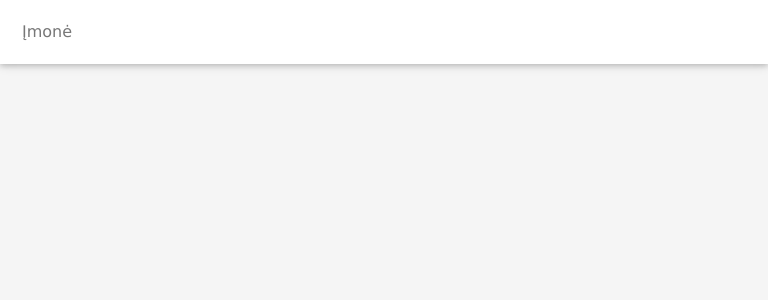
Repository: motiejus1/14-paskaita-05.31
Page: index.html
The author's editor kept a copy of each file at every save. The page is drawn from the files as they stood at one save, then again after the next save.
The browser window is 768 px wide. The pictures show the whole page.
Some web libraries are served in a nearby version.

Above is the page before, as saved 2021-06-23 20:04:17.

After the next save:
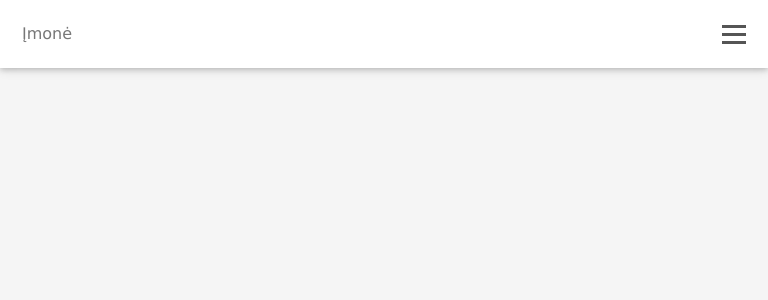
Saved 4 s later.
--- a/index.html
+++ b/index.html
@@ -131,7 +131,10 @@
 
         @media screen and (max-width: 791px) {
 
-            .
+            .navbar-component {
+                padding-top: 2px;
+    padding-bottom: 2px;
+            }
 
             .toggle {
                 display:block;
